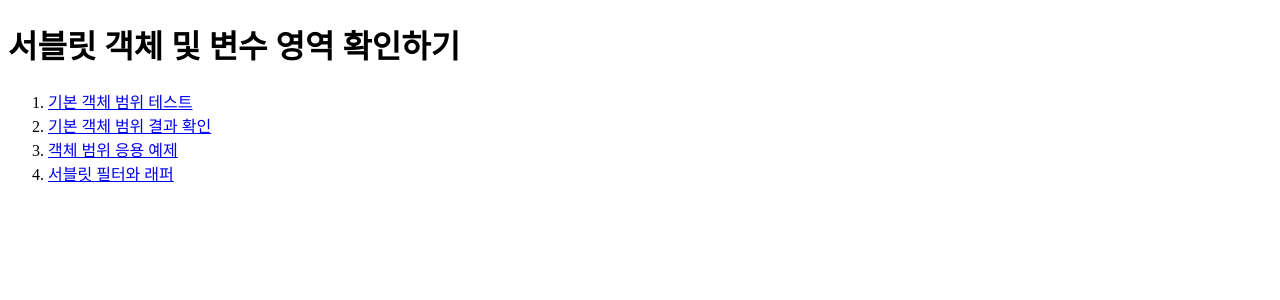
Repository: steeveelee2/WEB_Study
Page: webWorkspace/servlet3Project/web/index.html
These files come from the project's save history. The page is drawn as it stood at one moment and after the next save; the edit follows.
The browser window is 1280 px wide. The pictures show the whole page.

Above is the page before, as saved 2018-10-12 04:48:43.

### webWorkspace/servlet3Project/web/index.html
<!DOCTYPE html>
<html>
<head>
<meta charset="UTF-8">
<title>서블릿 객체 및 변수 영역 확인하기</title>
</head>
<body>
	<h1>서블릿 객체 및 변수 영역 확인하기</h1>

	<ol>
		<li>
			<a href="views/firstTest.html">기본 객체 범위 테스트</a>
		</li>
		<li>
			<a href="firstAck.srv">기본 객체 범위 결과 확인</a>
		</li>
		<li>
			<a href="second.srv">객체 범위 응용 예제</a>
		</li>
		<li>
			<a href="views/login.html">서블릿 필터와 래퍼</a>
		</li>
	</ol>
</body>
</html>

After the next save:
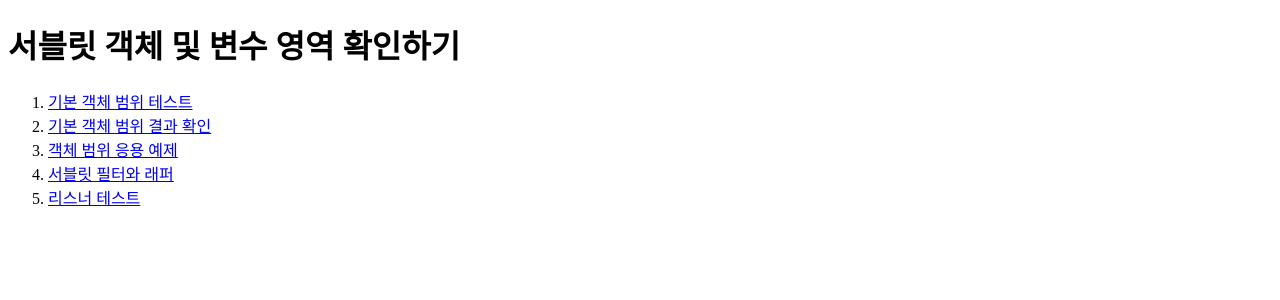
Saved 18 min 38 s later.
--- a/webWorkspace/servlet3Project/web/index.html
+++ b/webWorkspace/servlet3Project/web/index.html
@@ -20,6 +20,9 @@
 		<li>
 			<a href="views/login.html">서블릿 필터와 래퍼</a>
 		</li>
+		<li>
+			<a href="views/listener.li">리스너 테스트</a>
+		</li>
 	</ol>
 </body>
 </html>
